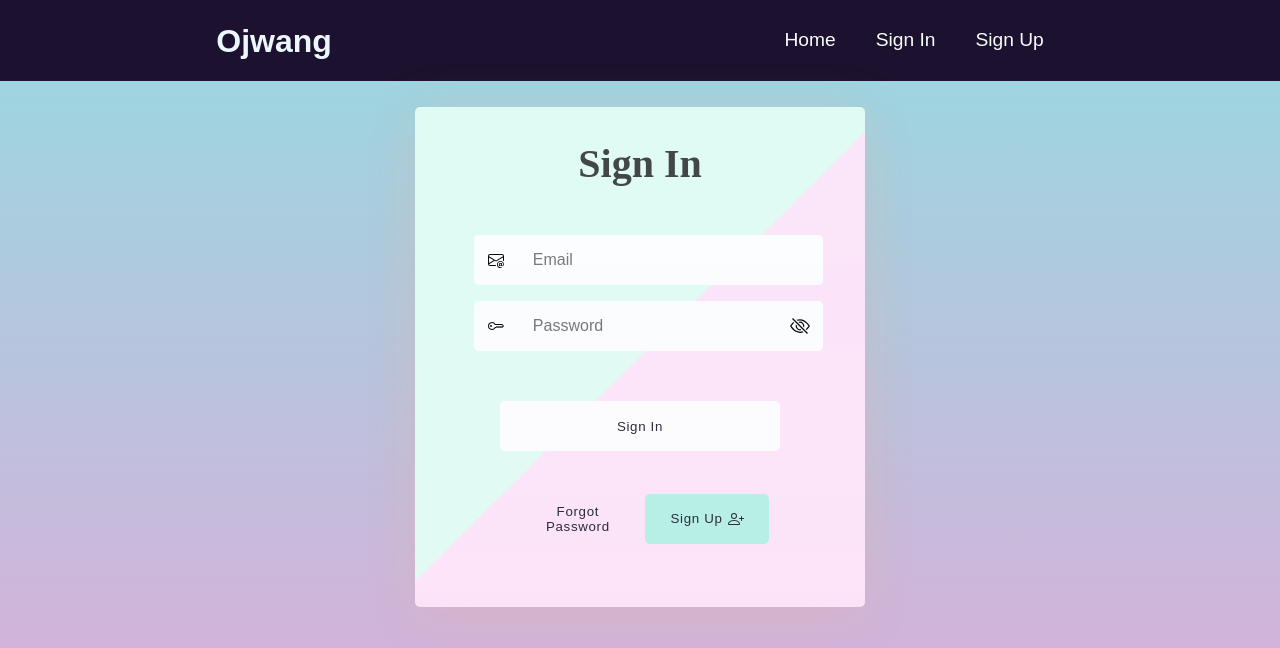
Repository: code-mtaani/ojwang-frontend
Page: /signin
The author's editor kept a copy of each file at every save. The page is drawn from the files as they stood at one save, then again after the next save.
The browser window is 1280 px wide. The pictures show the whole page.
The project was rebuilt for these pictures with package versions that can differ from the ones it lists, and the page was loaded fresh each time. Also part of the build but not shown: vite.config.ts, src/Pages/HomePage/Home.pages.tsx, src/Pages/SignUp/SignUp.pages.tsx.

Above is the page before, as saved 2023-02-01 14:32:44.

After the next save:
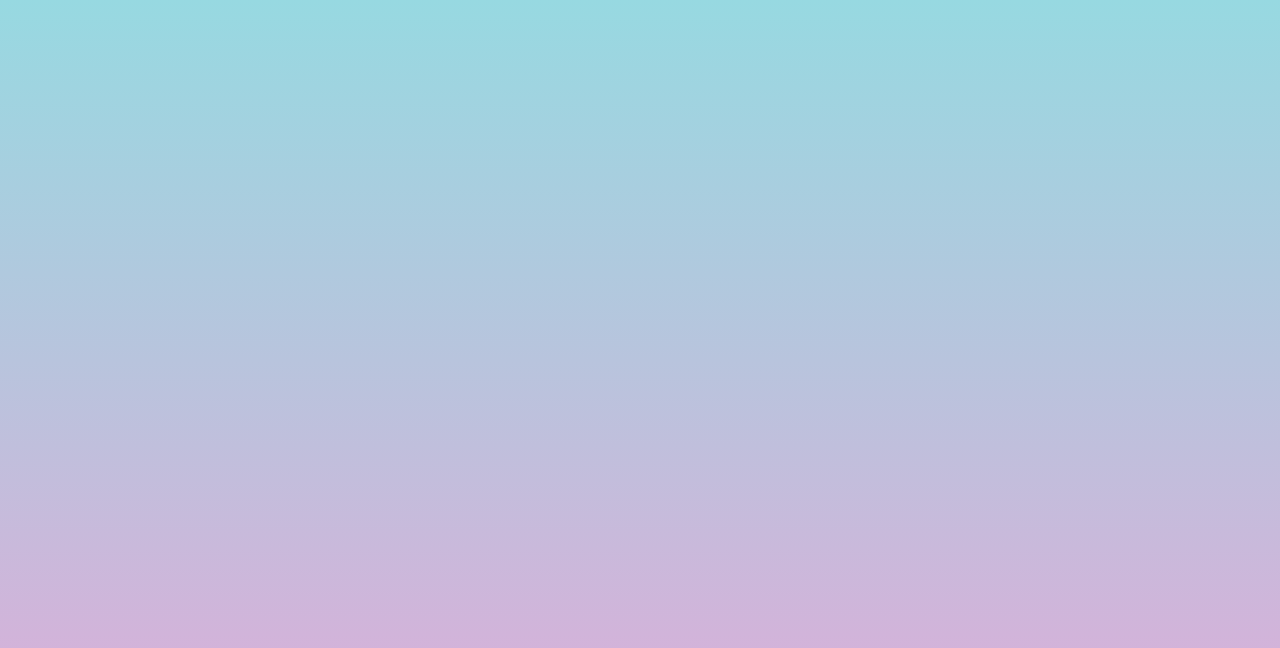
Console error (its wording comes from the project's code and is left out).
Saved 11 s later.
--- a/src/Pages/SignIn/SignIn.pages.tsx
+++ b/src/Pages/SignIn/SignIn.pages.tsx
@@ -3,7 +3,7 @@
 
 const SignIn = () => {
 
-  const [isVisible, setIsVisible] = useState(false)
+  const [isVisible, setIsVisible] = useState<(false)
 
   return (
     <div className="overlay">

After the save that followed:
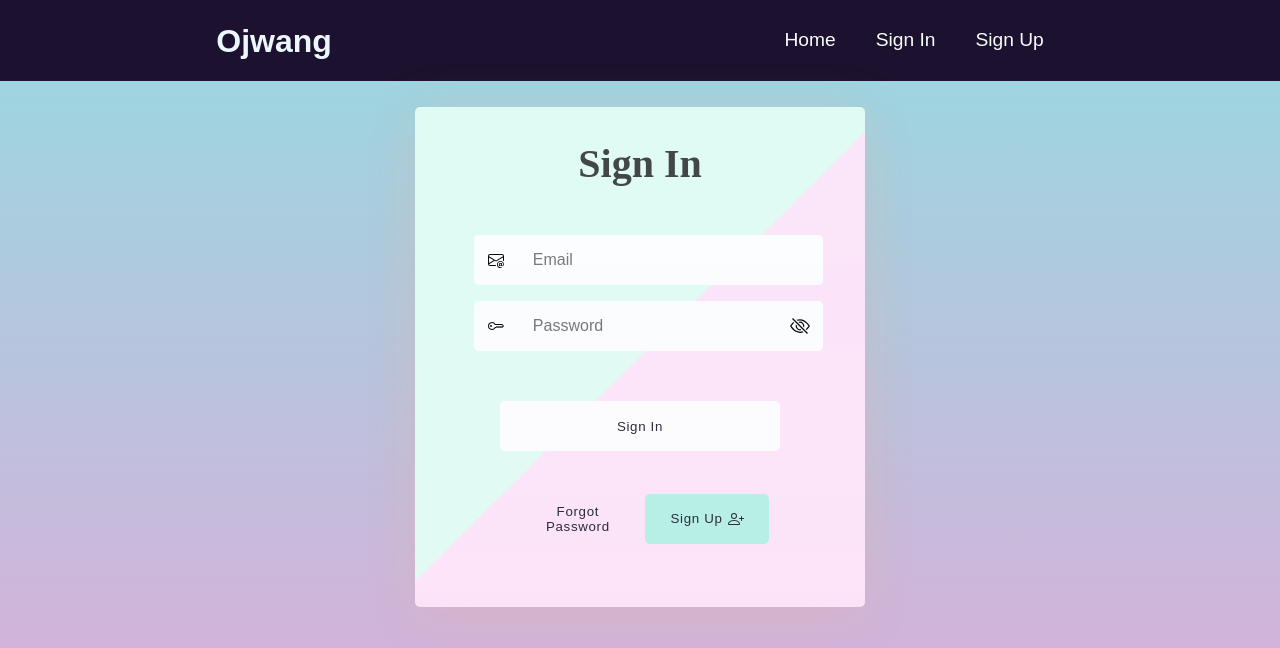
The error is gone.
Saved 4 s later.
--- a/src/Pages/SignIn/SignIn.pages.tsx
+++ b/src/Pages/SignIn/SignIn.pages.tsx
@@ -3,7 +3,7 @@
 
 const SignIn = () => {
 
-  const [isVisible, setIsVisible] = useState<(false)
+  const [isVisible, setIsVisible] = useState<boolean>(false)
 
   return (
     <div className="overlay">
